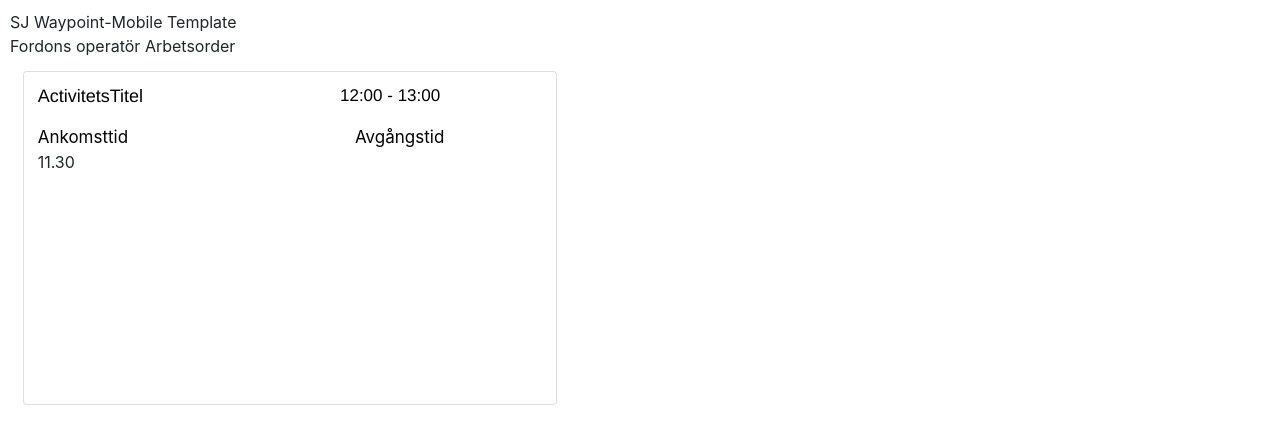
Repository: AdrianaLarsson/yarn-next-typescript
Page: /
These files come from the project's save history. The page is drawn as it stood at one moment and after a run of saves; the edit follows.
The browser window is 1280 px wide. The pictures show the whole page.
The project was rebuilt for these pictures with package versions that can differ from the ones it lists, and the page was loaded fresh each time. The framework's server and built-in components were replaced by stand-ins that run in the browser.

Above is the page before, as saved 2021-03-01 08:33:41.

After the next 7 saves:
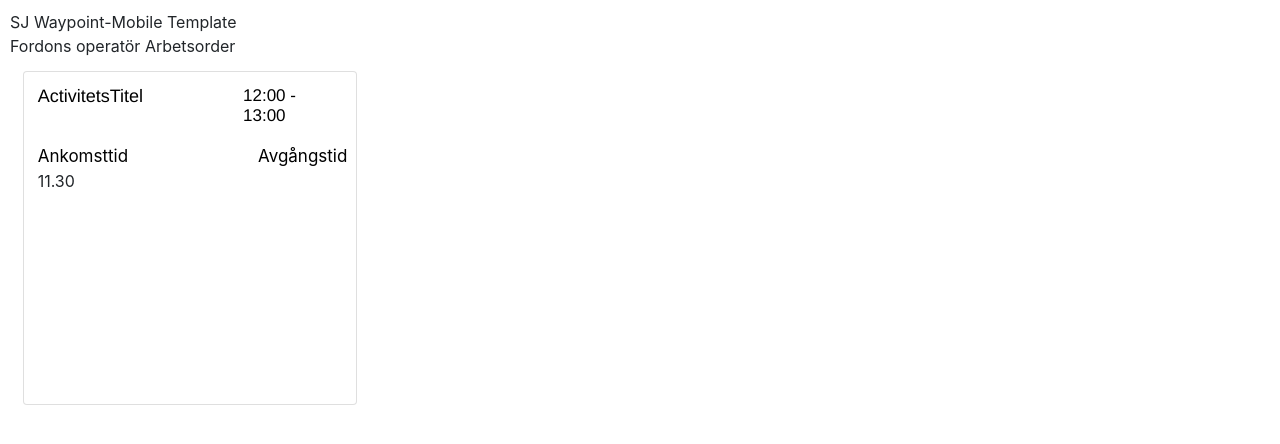
The 7 saves are shown as one change because they came seconds apart.
The last was saved 55 s later.
--- a/components/organisms/Card/Card.tsx
+++ b/components/organisms/Card/Card.tsx
@@ -19,5 +19,10 @@ height: 100%;
   min-height: ${px2vw(200, 768)};
   height: 100%;
 }
+@media (min-width: 768px) {
+  width: ${px2vw(200, 768)};
+  min-height: ${px2vw(200, 768)};
+  height: 100%;
+}
 `;
 export default StyledCard;
